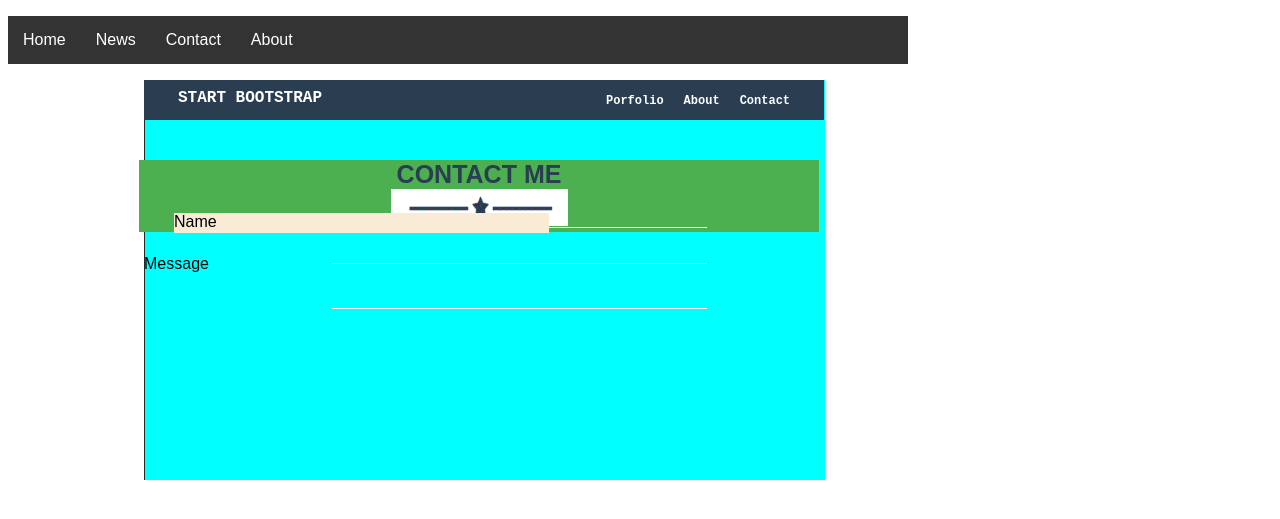
Repository: LongNguyen2504/T3H-FrondEnd
Page: Lesson3_CSS_HomeWork3.html
The author's editor kept a copy of each file at every save. The page is drawn from the files as they stood at one save, then again after the next save.
The browser window is 1280 px wide. The pictures show the whole page.

Above is the page before, as saved 2021-12-02 00:02:15.

### Lesson3_CSS_HomeWork3.html
<!DOCTYPE html>
<html lang="en">
<head>
    <meta charset="UTF-8">
    <meta http-equiv="X-UA-Compatible" content="IE=edge">
    <meta name="viewport" content="width=device-width, initial-scale=1.0">
    <title>Document</title>
    <link rel="stylesheet" href="Lesson3_CSS_HomeWork3.css">
</head>
<body>
    <div class="ancestor-div">
        <div class="menu-div">
            <div class="menu-content">
                <ul class="ul-menu">
                    <li class="li-menu"><a class="a-menu" href="#1">Home</a></li>
                    <li class="li-menu"><a class="a-menu" href="#1">News</a></li>
                    <li class="li-menu"><a class="a-menu" href="#1">Contact</a></li>
                    <li class="li-menu"><a class="a-menu" href="#1">About</a></li>
                </ul>
            </div>
        </div>
        <div class="nested-div">
            <div class="menu-bootstrap">
                <div class="menu-bootstrap-content1">
                    START BOOTSTRAP
                </div>
                <div class="menu-bootstrap-content2">
                    <ul class="ul-menu">
                        <li class="li-menu"><a class="a-menu-2" href="#1">Porfolio</a></li>
                        <li class="li-menu"><a class="a-menu-2" href="#1">About</a></li>
                        <li class="li-menu"><a class="a-menu-2" href="#1">Contact</a></li>

                    </ul>
                </div>
                <div class="contact-me-div">
                    CONTACT ME <br>
                    <img src="Lesson3_CSS_HomeWork3_img.GIF" alt="star-dash" style="width: 177px;height:37px ;">
                </div>
                <div class="dash1"></div>
                <div class="Name">
                    Name
                </div>
                <div class="dash2"></div>
                <div class="Email">
                    Email Adress
                </div>
                <div class="dash3"></div>
                <div class="Message">
                    Message
                </div>
            </div>
        </div>
    </div>
</body>
</html>

### Lesson3_CSS_HomeWork3.css
div.ancestor-div{
    width: 900px;
    height: 400px;
    font-family: Arial, Helvetica, sans-serif;
}
div.menu-div{
    height: 48px;
    background-color: #333333 ;
}
div.menu-content{
    position: relative;
    left: -40px;
    width: 800px;
    height: 48px;
}
div.nested-div{
    width: 680px;
    height: 400px;
    background-color: aqua;
    position: absolute;
    left: 144px;
    top: 80px;
    border-left: 1px solid #2a2a2a;
}
div.menu-bootstrap{
    width: 680px;
    height: 40px;
    background-color: #2a3d51;
    position: relative;
    left: -1px;
}
div.menu-bootstrap-content1{
    width: 200px;
    height: 30px;
    position: absolute;
    left: 6px;
    top: 9px;

    text-align: center;
    color: white;
    font-weight: bold;
    font-family: 'Courier New', Courier, monospace;
}
div.menu-bootstrap-content2{
    width: 300px;
    height: 30px;
    position: absolute;
    left: 412px;

    top: -12px;

}
div.contact-me-div{
    position: relative;
    top: 80px;
    left: -5px;
    background-color: #4caf50;
    text-align: center;
    font-family: Arial, Helvetica, sans-serif;
    font-size: 25px;
    font-weight: bold;
    color: #2a3d51;
}

div.dash1{
    width: 375px;
    height: 10px;
    position: inherit;
    top: 75px;
    left: 188px;
    /* background-color: burlywood; */
    border-top: 1px solid #f8f8f8;
}
div.dash2{
    width: 375px;
    height: 10px;
    position: inherit;
    top: 80px;
    left: 188px;
    /* background-color: burlywood; */
    border-top: 1px solid #f8f8f8;
}
div.dash3{
    width: 375px;
    height: 10px;
    position: inherit;
    top: 64px;
    left: 188px;
    /* background-color: burlywood; */
    border-top: 1px solid #f8f8f8;
}
div.Name{
    width: 375px;
    height: 20px;
    position: inherit;
    top: 50px;
    left: 30px;
    background-color: antiquewhite;
}
div.Email{
    width: 300px;
    height: 50px;
}
div.Message{
    width: 300px;
    height: 50px;
}
ul.ul-menu{
    list-style-type: none;

}
.li-menu {
 float: left;
}
a.a-menu{
    display: inline-block;
    padding: 15px;
    color: white;
    text-decoration: none;
    text-align: center;

}
.a-menu:hover{
    background-color: #4caf50;
}
a.a-menu-2{
    display: inline-block;
    padding: 10px;
    text-align: center;
    color: white;
    text-decoration: none;
    font-size: 12px;
    font-family: 'Courier New', Courier, monospace;
    font-weight: bold;
}
a.a-menu-2:hover{
    background-color: #19232f;
}

After the next save:
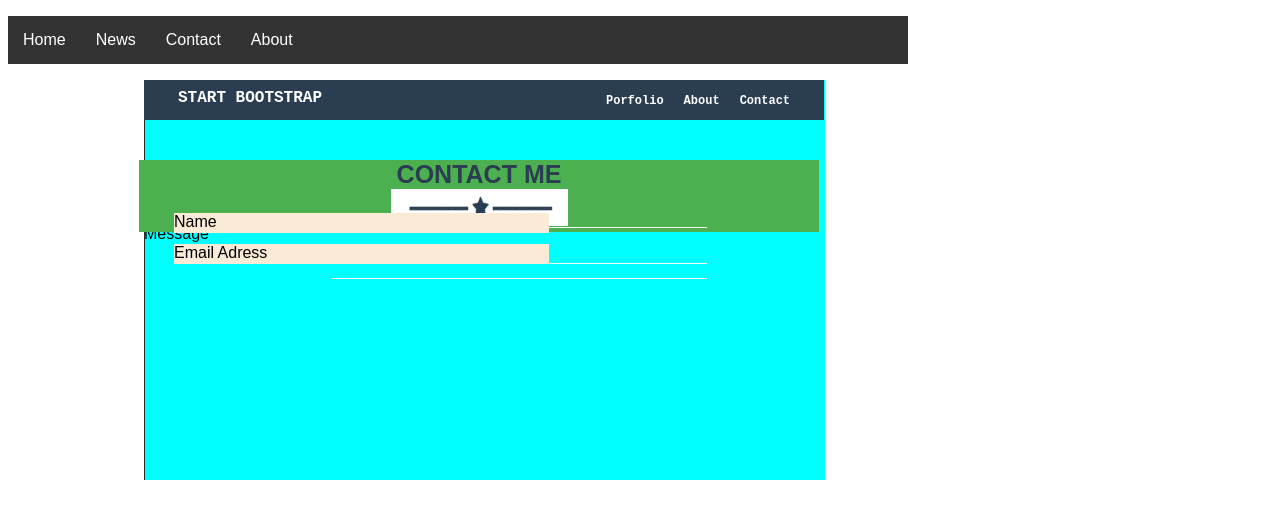
Saved 67 s later.
--- a/Lesson3_CSS_HomeWork3.css
+++ b/Lesson3_CSS_HomeWork3.css
@@ -98,8 +98,12 @@ div.Name{
     background-color: antiquewhite;
 }
 div.Email{
-    width: 300px;
-    height: 50px;
+    width: 375px;
+    height: 20px;
+    position: inherit;
+    top: 50px;
+    left: 30px;
+    background-color: antiquewhite;
 }
 div.Message{
     width: 300px;
